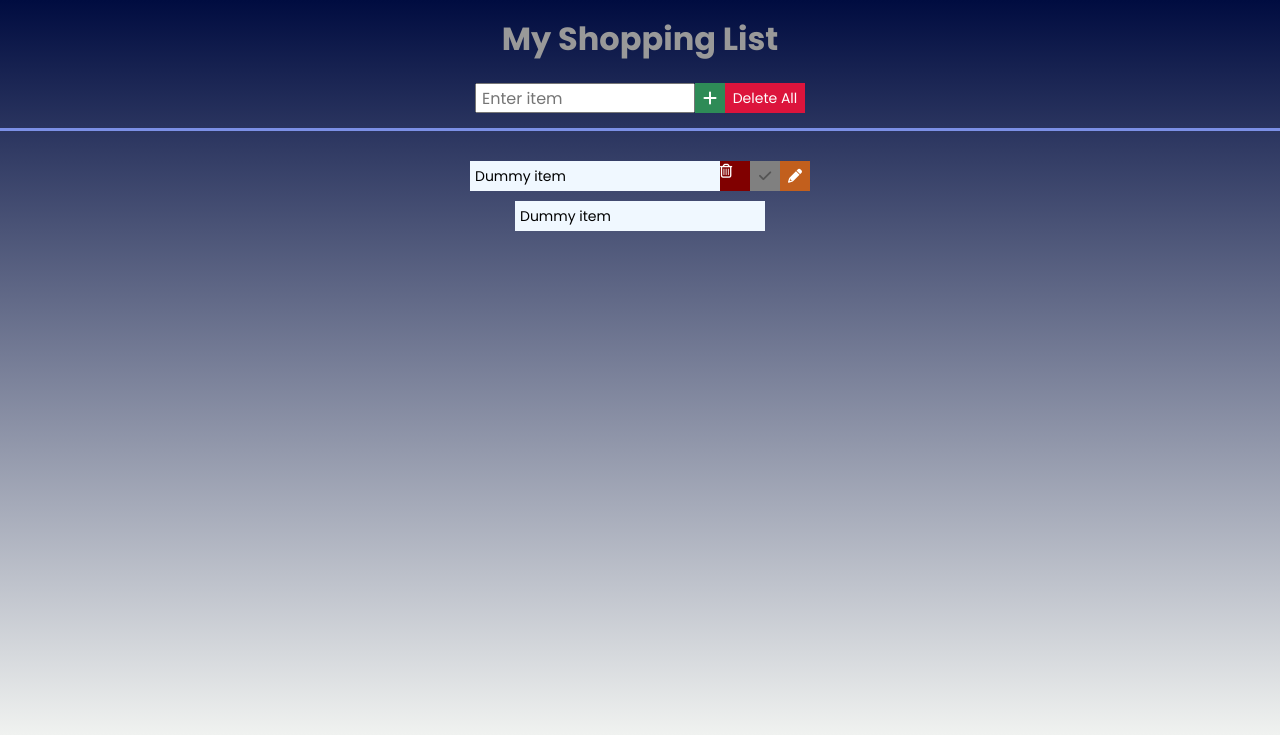
Repository: SaadYasin/shopping-list01-js
Page: index.html
The author's editor kept a copy of each file at every save. The page is drawn from the files as they stood at one save, then again after a run of saves.
The browser window is 1280 px wide. The pictures show the whole page.

Above is the page before, as saved 2021-12-05 19:54:14.

After the next 2 saves:
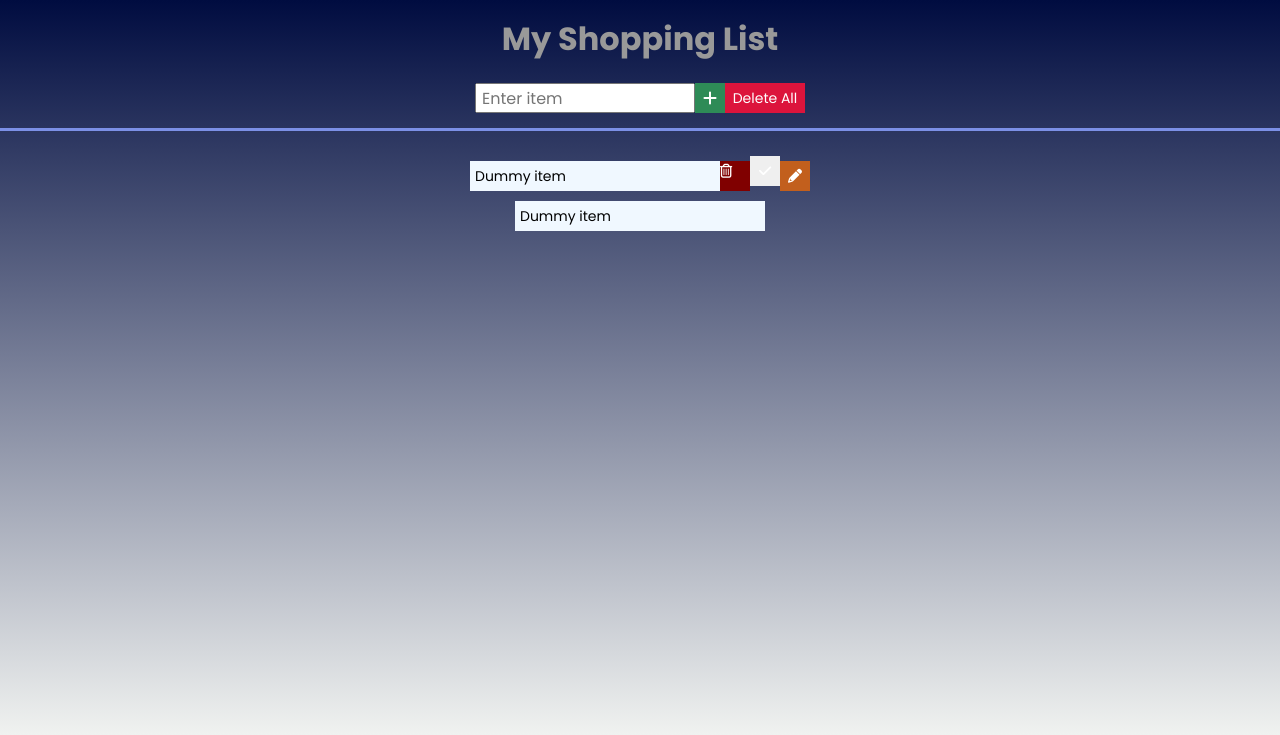
The 2 saves are shown as one change because they came seconds apart.
The last was saved 54 s later.
--- a/styles.css
+++ b/styles.css
@@ -105,6 +105,8 @@
 
 }
 
+.far fa-trash-alt
+
 .btn-done {
     width: 30px;
     border: none;

After the 3 saves that followed:
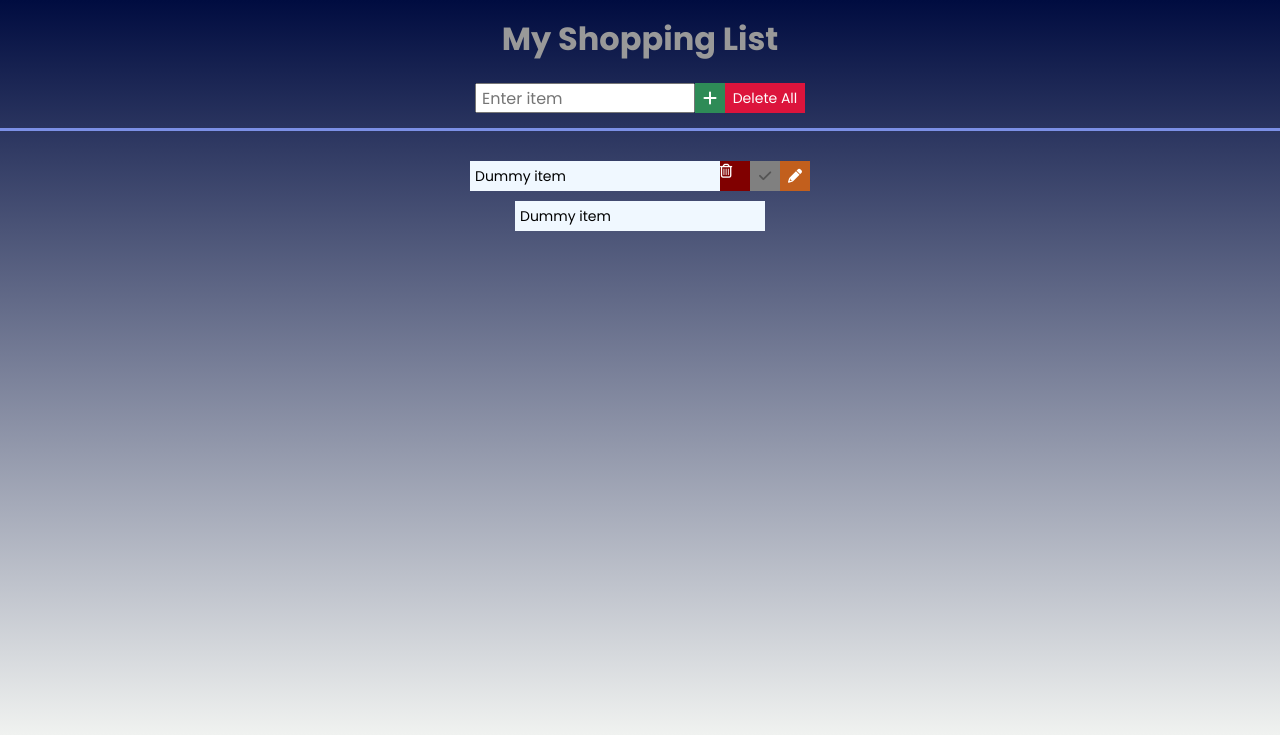
The 3 saves are shown as one change because 1 left the picture as it was and some came seconds apart.
The last was saved 18 s later.
--- a/styles.css
+++ b/styles.css
@@ -105,7 +105,9 @@
 
 }
 
-.far fa-trash-alt
+.far.fa-trash-alt {
+
+}
 
 .btn-done {
     width: 30px;
